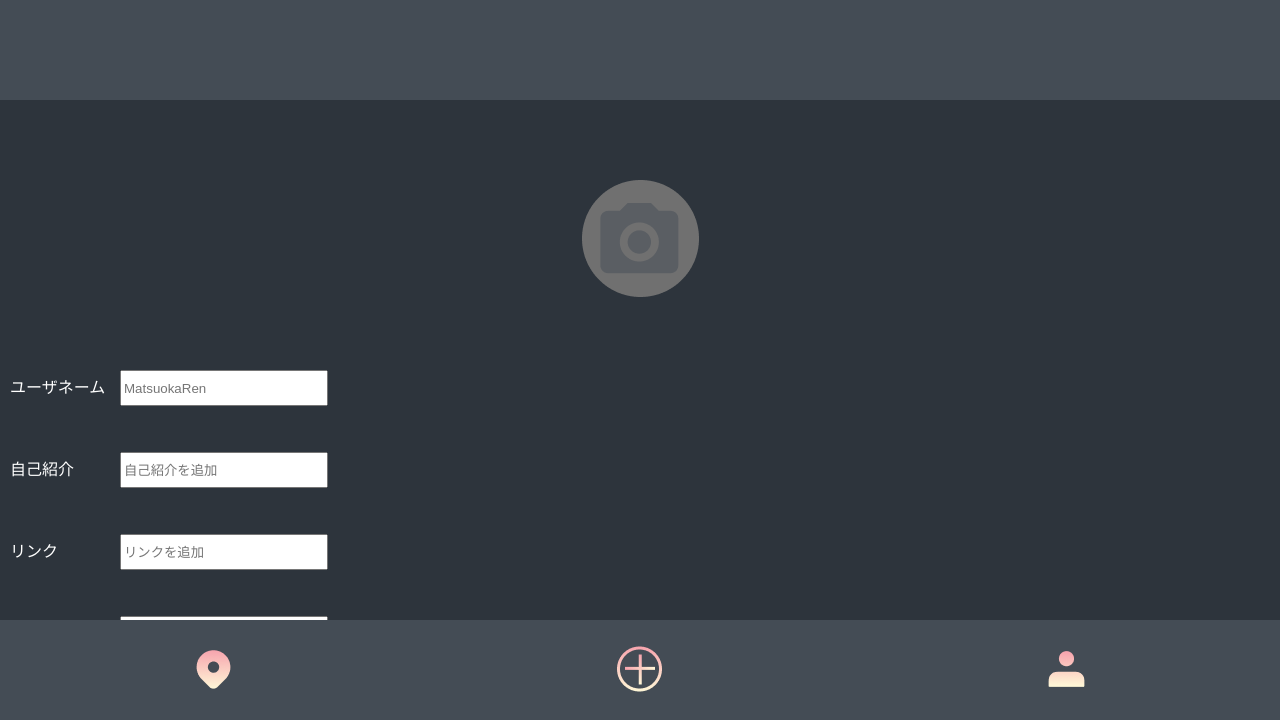
Repository: ren0714poo/respos
Page: edit.html
These files come from the project's save history. The page is drawn as it stood at one moment and after the next save; the edit follows.
The browser window is 1280 px wide. The pictures show the whole page.

Above is the page before, as saved 2025-07-17 14:15:59.

### edit.html
<!DOCTYPE html>
<html lang="ja">
<head>
  <meta charset="UTF-8">
  <meta name="viewport" content="width=device-width, initial-scale=1.0">
  <title>respos_edit</title>
  <link rel="stylesheet" href="css/edit.css">
</head>
<body>
  <header>
  </header>

  <main>
    <div class="edit_img"><img src="img/camera_chenge.png" alt="カメラ変更"></div>
    <div class="edit">
      <div class="edit_flex">
        <p>ユーザネーム</p>
        <input type="text" placeholder="MatsuokaRen"><br>
      </div>
      <div class="edit_flex">
        <p>自己紹介</p>
        <input type="text" placeholder="自己紹介を追加"><br>
      </div>
      <div class="edit_flex">
        <p>リンク</p>
        <input type="text" placeholder="リンクを追加"><br>
      </div>
      <div class="edit_flex">
        <p>好きな食べ物</p>
        <input type="text" placeholder="好きな食べ物の追加">
      </div>


    </div>
  </main>

  <footer>
    <button type="button" id="pin" onclick="location.href='top.html'"><img src="img/tabler_map-pin-filled.png" alt="ピン"></button>
    <button type="button"><img src="img/post.png" alt="投稿"></button>
    <button type="button" id="profile" onclick="location.href='profile.html'"><img src="img/icon-park-solid_people.png" alt="プロフィール"></button>
  </footer>

</body>
</html>

### css/edit.css
@media screen and (max-width:480px){


}

html, body {
  color: white;
  background: #2D343C;
  height: 100%;
  margin: 0;
  padding: 0;
  display: grid;
  grid-template-rows: 100px calc(100vh - 200px) 100px;
  grid-template-areas:
  "header"
  "main"
  "footer"
  ;
}



header{
  width: 100%;
  height: 100px;
  background: #444C55;
  display: flex;
  grid-area: header;
}




main{
  width: 100%;
  height: 100%;
  grid-area: main;
}

.edit {
  margin-top: 50px;
  line-height: 50px;
}
.edit_flex{
  display: flex;
p{
  width: 100px;
  margin-left: 10px;
}
input{
  width: 200px;
  height: 30px;
  margin: auto 0;
  margin-left: 10px;

}
}

.edit_img {
  display: flex;
  flex-direction: column;
  align-items: center;
  margin-top: 80px;
}











footer {
  background: #444C55;
  display: flex;
  justify-content: space-around;
  align-items: center;
}

footer button {
  background: transparent;
  border: none;
}

After the next save:
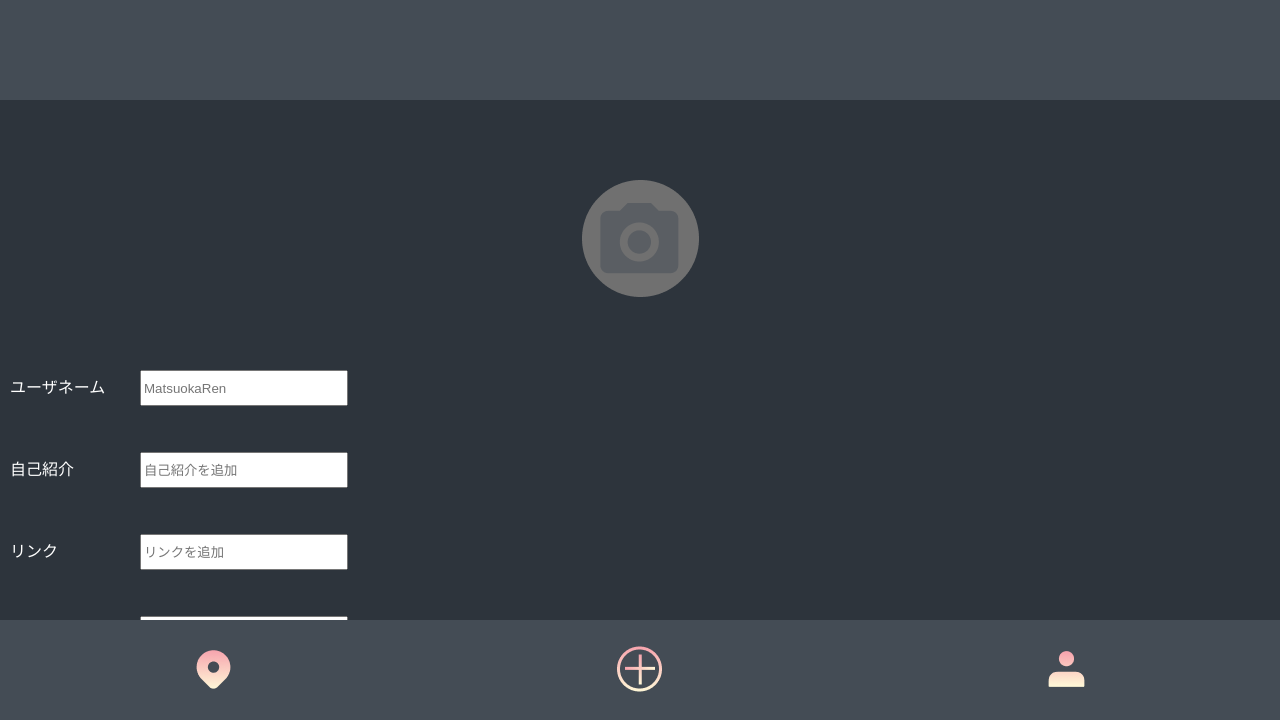
Saved 4 s later.
--- a/css/edit.css
+++ b/css/edit.css
@@ -51,7 +51,7 @@ input{
   width: 200px;
   height: 30px;
   margin: auto 0;
-  margin-left: 10px;
+  margin-left: 30px;
 
 }
 }
